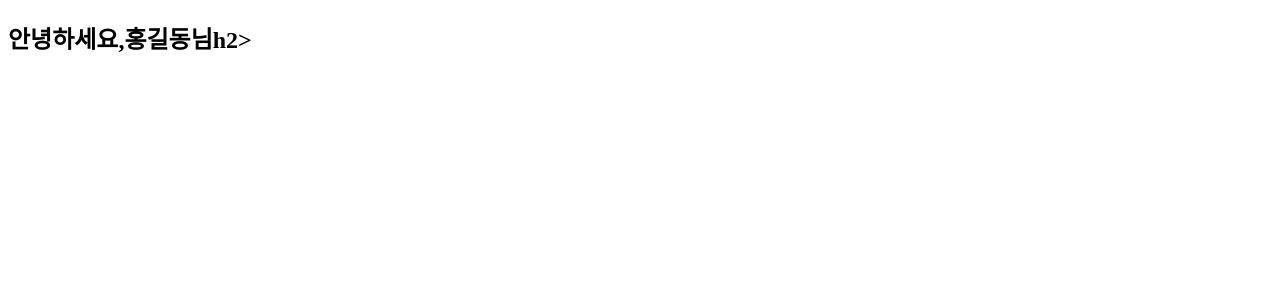
Repository: MegiLove/jspStudy
Page: day1210/src/main/webapp/hello.html
An editor plug-in stored every save of this project. The page is shown before and after the next save, followed by the edit.
The browser window is 1280 px wide. The pictures show the whole page.

Above is the page before, as saved 2021-12-10 01:47:45.

After the next save:
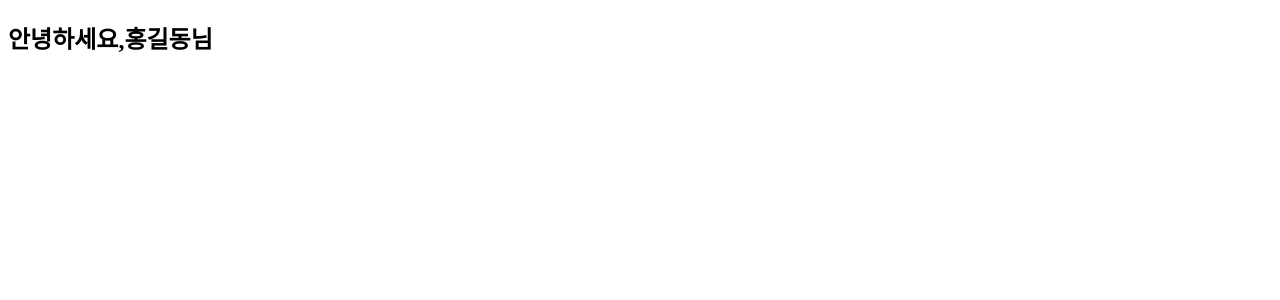
Saved 28 s later.
--- a/day1210/src/main/webapp/hello.html
+++ b/day1210/src/main/webapp/hello.html
@@ -7,7 +7,7 @@
 <body>
 <script type="text/javascript">
 	name="홍길동";
-	document.write("<h2>안녕하세요,"+name+"님h2>")
+	document.write("<h2>안녕하세요,"+name+"님</h2>")
 </script>
 </body>
 </html>
